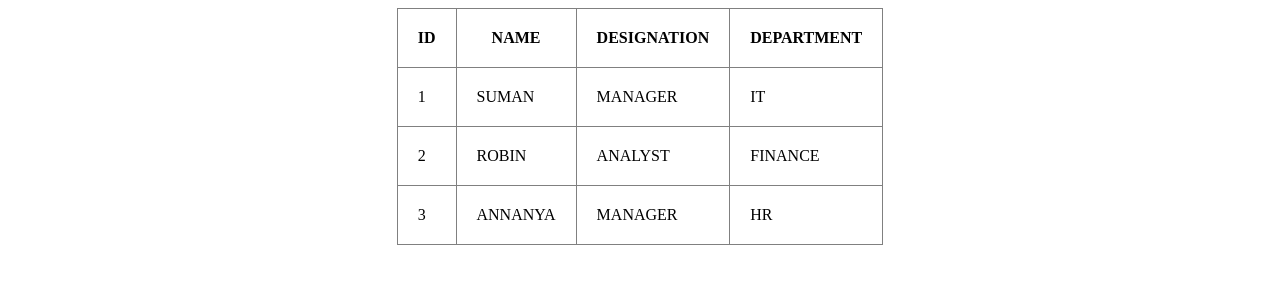
Repository: arindamslt/JEECoding
Page: JEE_FRONTEND/src/main/webapp/10Table.html
The author's editor kept a copy of each file at every save. The page is drawn from the files as they stood at one save, then again after the next save.
The browser window is 1280 px wide. The pictures show the whole page.

Above is the page before, as saved 2025-07-15 04:54:06.

After the next save:
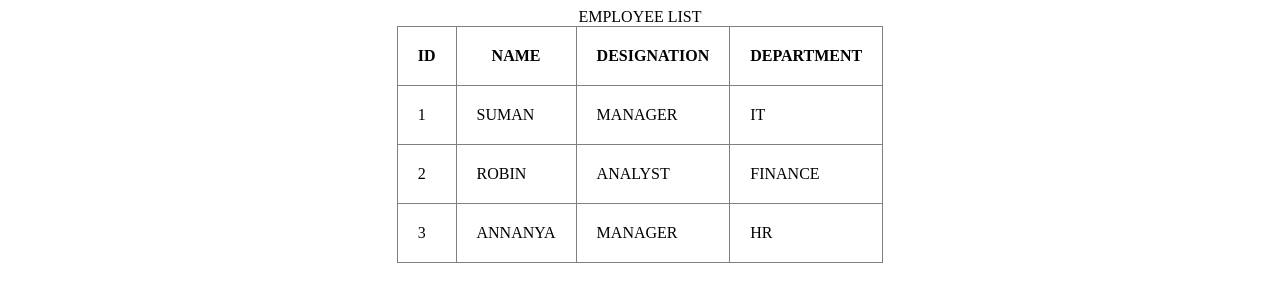
Saved 109 s later.
--- a/JEE_FRONTEND/src/main/webapp/10Table.html
+++ b/JEE_FRONTEND/src/main/webapp/10Table.html
@@ -6,6 +6,7 @@
 </head>
 <body>
 <table frame="box" rules="all" align="center" cellpadding="20px">
+	<caption>EMPLOYEE LIST</caption>
 	<thead>
 		<tr>
 			<th>ID</th>
